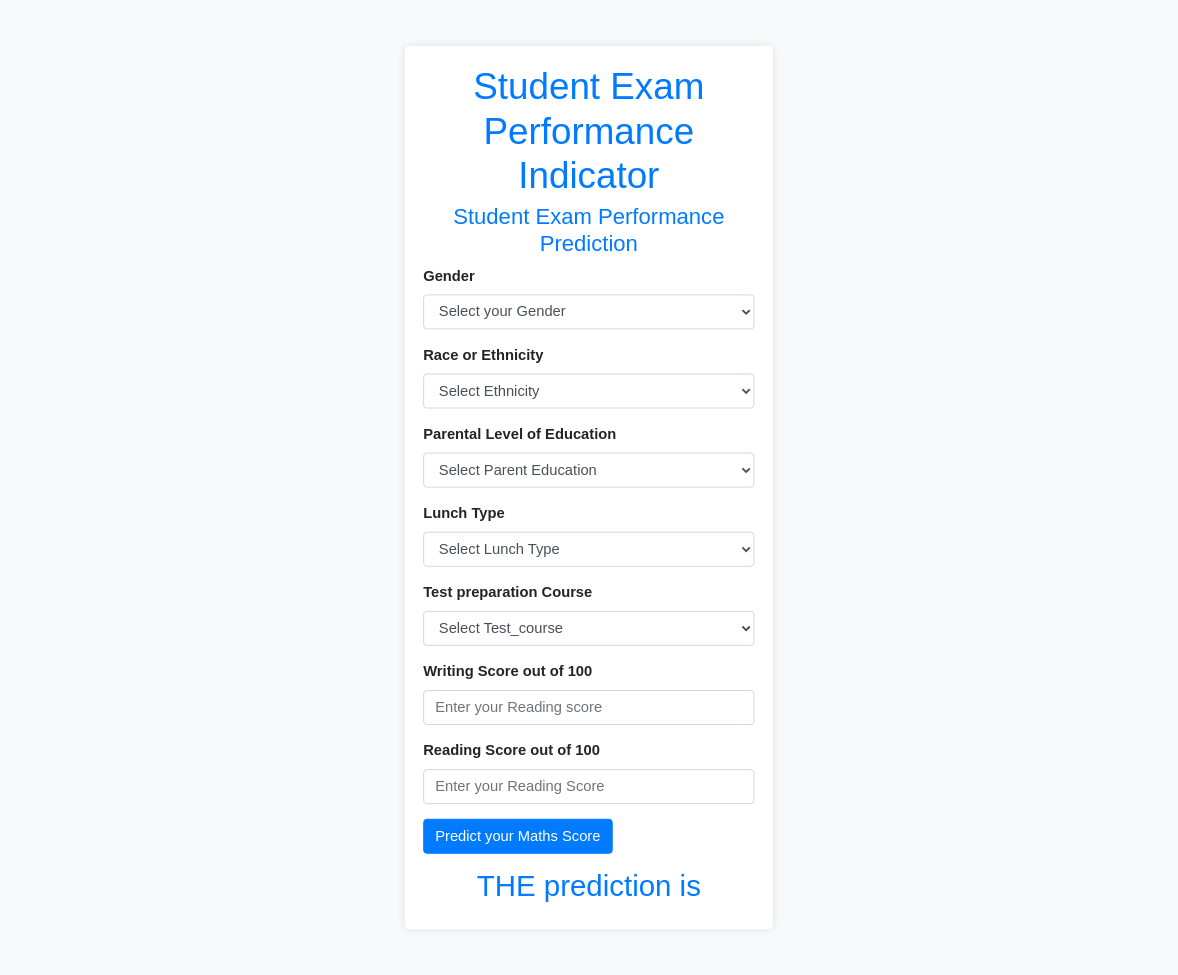
Repository: shaily29-eng/Performance-Indicator-ML
Page: http://localhost/predictdata
The author's editor kept a copy of each file at every save. The page is drawn from the files as they stood at one save, then again after a run of saves.
The browser window is 1280 px wide. The pictures show the whole page, at 92% of full size.
The page is served by the project's application, run on Flask 3 (app.py). Other server files are loaded and not shown.

Above is the page before, as saved 2023-12-01 02:00:45.

### templates/home.html
<!DOCTYPE html>
<html lang="en">

<head>
    <meta charset="UTF-8">
    <meta name="viewport" content="width=device-width, initial-scale=1.0">
    <title>Student Exam Performance Indicator</title>
    <link rel="stylesheet" href="https://stackpath.bootstrapcdn.com/bootstrap/4.5.2/css/bootstrap.min.css">
    <style>
        body {
            background-color: #f8f9fa;
            font-family: 'Arial', sans-serif;
        }

        .login {
            max-width: 400px;
            margin: 50px auto;
            background-color: #fff;
            padding: 20px;
            border-radius: 5px;
            box-shadow: 0 0 10px rgba(0, 0, 0, 0.1);
        }

        .form-group {
            margin-bottom: 20px;
        }

        label {
            font-weight: bold;
        }

        .btn-primary {
            background-color: #007bff;
            border-color: #007bff;
        }

        .btn-primary:hover {
            background-color: #0056b3;
            border-color: #0056b3;
        }

        h1, h2 {
            text-align: center;
            color: #007bff;
        }
    </style>
</head>

<body>
    <div class="login">
       <h1>Student Exam Performance Indicator</h1>

       <form action="{{ url_for('predict_datapoint')}}" method="post">
        <h1>
            <legend>Student Exam Performance Prediction</legend>
        </h1>
        <div class="mb-3">
            <label class="form-label">Gender</label>
            <select class="form-control" name="gender" placeholder="Enter you Gender" required>
                <option class="placeholder" selected disabled value="">Select your Gender</option>
                <option value="male">
                    Male
                </option>
                <option value="female">
                    Female
                </option>
            </select>
        </div>
        <div class="mb-3">
            <label class="form-label">Race or Ethnicity</label>
            <select class="form-control" name="ethnicity" placeholder="Enter you ethnicity" required>
                <option class="placeholder" selected disabled value="">Select Ethnicity</option>
                <option value="group A">
                    Group A
                </option>
                <option value="group B">
                    Group B
                </option>
                <option value="group C">
                    Group C
                </option>
                <option value="group D">
                    Group D
                </option>
                <option value="group E">
                    Group E
                </option>
            </select>
        </div>
        <div class="mb-3">
            <label class="form-label">Parental Level of Education</label>
            <select class="form-control" name="parental_level_of_education"
                placeholder="Enter you Parent Education" required>
                <option class="placeholder" selected disabled value="">Select Parent Education</option>
                <option value="associate's degree">
                    associate's degree
                </option>
                <option value="bachelor's degree">
                    bachelor's degree
                </option>
                <option value="high school">
                    high school
                </option>
                <option value="master's degree">
                    master's degree
                </option>
                <option value="some college">
                    some college
                </option>
                <option value="some high school">
                    some high school
                </option>
            </select>
        </div>
        <div class="mb-3">
            <label class="form-label">Lunch Type</label>
            <select class="form-control" name="lunch" placeholder="Enter you Lunch" required>
                <option class="placeholder" selected disabled value="">Select Lunch Type</option>
                <option value="free/reduced">
                    free/reduced
                </option>
                <option value="standard">
                    standard
                </option>
            </select>
        </div>
        <div class="mb-3">
            <label class="form-label">Test preparation Course</label>
            <select class="form-control" name="test_preparation_course" placeholder="Enter you Course"
                required>
                <option class="placeholder" selected disabled value="">Select Test_course</option>
                <option value="none">
                    None
                </option>
                <option value="completed">
                    Completed
                </option>
            </select>
        </div>
        <div class="mb-3">
            <label class="form-label">Writing Score out of 100</label>
            <input class="form-control" type="number" name="reading_score"
                placeholder="Enter your Reading score" min='0' max='100' />
        </div>
        <div class="mb-3">
            <label class="form-label">Reading Score out of 100</label>
            <input class="form-control" type="number" name="writing_score"
                placeholder="Enter your Reading Score" min='0' max='100' />
        </div>
        <div class="mb-3">
            <input class="btn btn-primary" type="submit" value="Predict your Maths Score" required />
        </div>
    </form>
    <h2>
       THE  prediction is {{results}}
    </h2>
   <body>
</html>

### app.py
from flask import Flask, request, render_template
import numpy as np
import pandas as pd

from sklearn.preprocessing import StandardScaler
from src.pipeline.predict_pipeline import CustomData, PredictPipeline

application = Flask(__name__)

app = application

## Route for a home page


@app.route("/")
def index():
    return render_template("index.html")


@app.route("/predictdata", methods=["GET", "POST"])
def predict_datapoint():
    if request.method == "GET":
        return render_template("home.html")
    else:
        data = CustomData(
            gender=request.form.get("gender"),
            race_ethnicity=request.form.get("ethnicity"),
            parental_level_of_education=request.form.get("parental_level_of_education"),
            lunch=request.form.get("lunch"),
            test_preparation_course=request.form.get("test_preparation_course"),
            reading_score=float(request.form.get("writing_score")),
            writing_score=float(request.form.get("reading_score")),
        )
        pred_df = data.get_data_as_data_frame()
        print(pred_df)
        print("Before Prediction")

        predict_pipeline = PredictPipeline()
        print("Mid Prediction")
        results = predict_pipeline.predict(pred_df)
        print("after Prediction")
        return render_template("home.html", results=results[0])


if __name__ == "__main__":
    app.run(host="0.0.0.0")

After the next 3 saves:
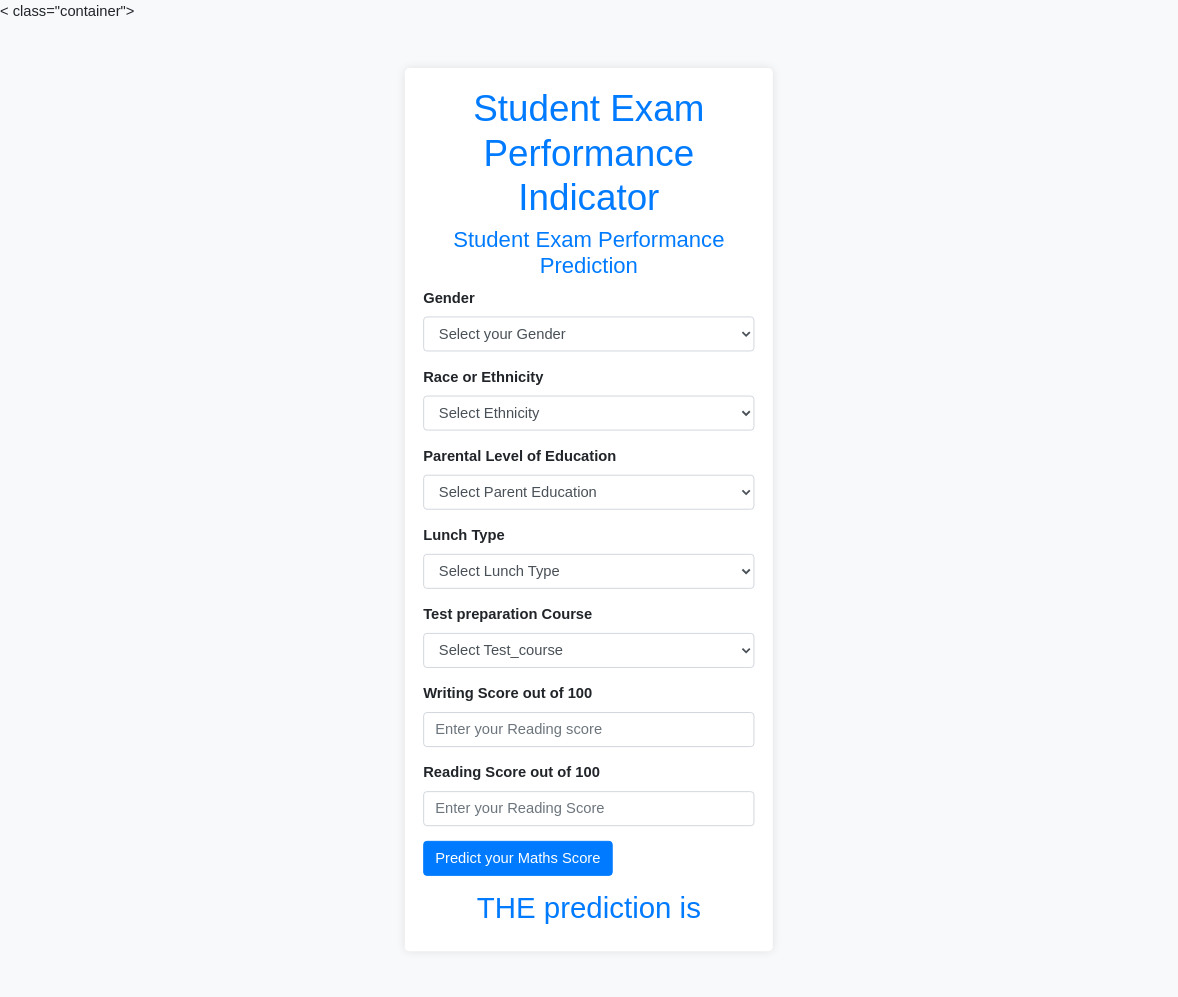
The 3 saves are shown as one change because they came seconds apart.
The last was saved 18 s later.
--- a/templates/home.html
+++ b/templates/home.html
@@ -47,6 +47,7 @@
 </head>
 
 <body>
+    < class="container">
     <div class="login">
        <h1>Student Exam Performance Indicator</h1>
 

After the save that followed:
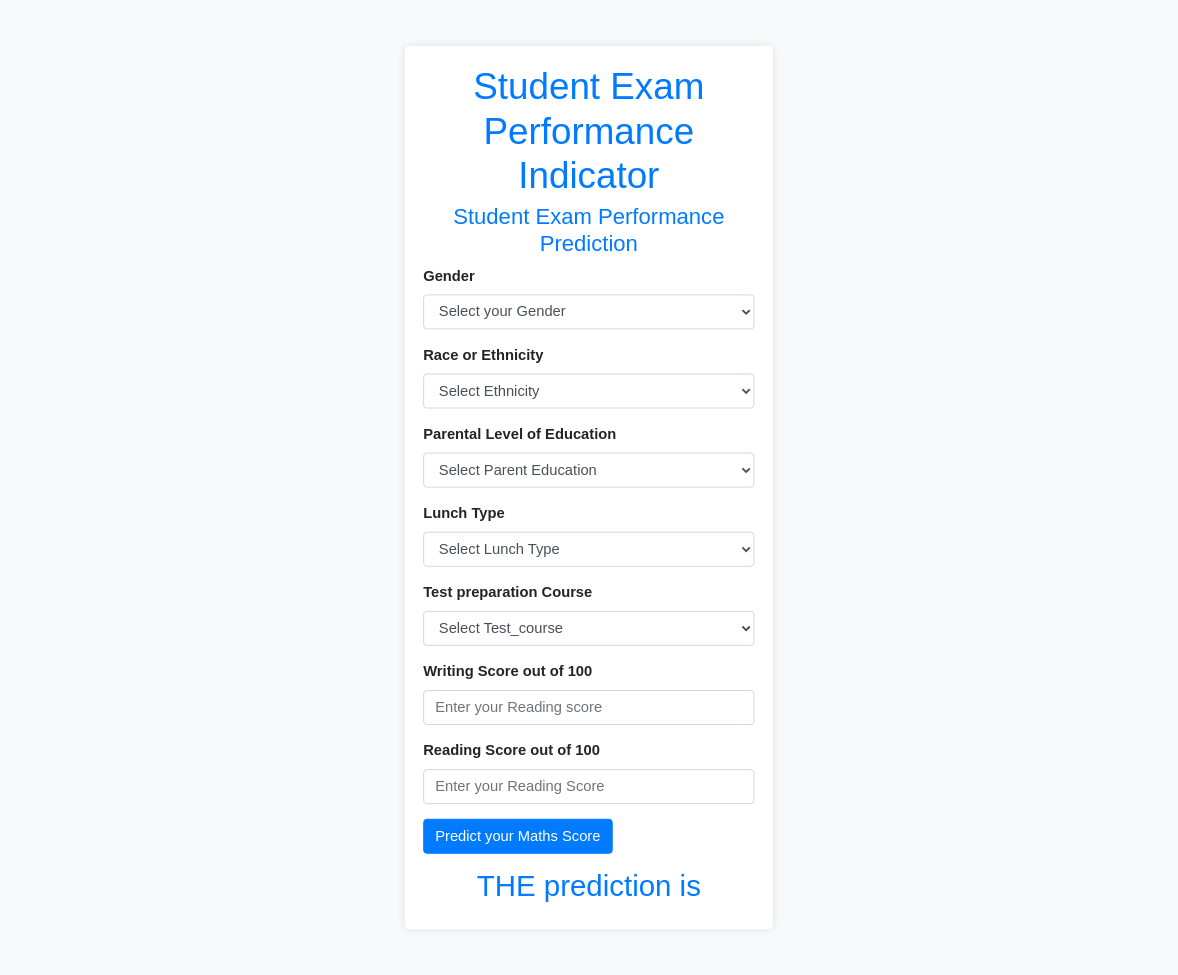
Saved 7 s later.
--- a/templates/home.html
+++ b/templates/home.html
@@ -47,7 +47,7 @@
 </head>
 
 <body>
-    < class="container">
+    <div class="container"></div>
     <div class="login">
        <h1>Student Exam Performance Indicator</h1>
 
